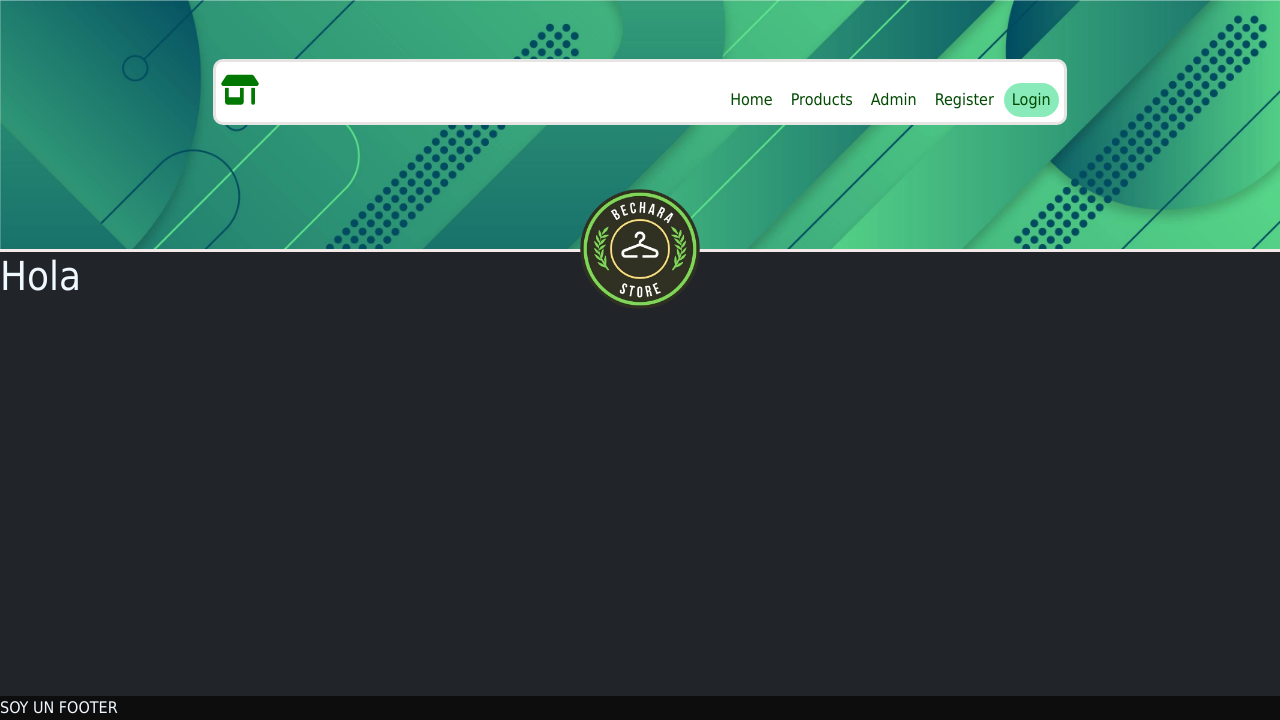
Repository: bechara611/becharastore
Page: /auth
An editor plug-in stored every save of this project. The page is shown before and after the next save, followed by the edit.
The browser window is 1280 px wide. The pictures show the whole page.
The project was rebuilt for these pictures with package versions that can differ from the ones it lists, and the page was loaded fresh each time. Also part of the build but not shown: src/Auth/components/Register.jsx.

Above is the page before, as saved 2023-01-27 15:20:32.

### public/index.html
<!DOCTYPE html>
<html lang="en">
  <head>
    <meta charset="utf-8" />
    <link rel="icon" href="%PUBLIC_URL%/favicon.ico" />
    <meta name="viewport" content="width=device-width, initial-scale=1" />
    <meta name="theme-color" content="#000000" />
    <meta
      name="description"
      content="Web site created using create-react-app"
    />
    <link rel="apple-touch-icon" href="%PUBLIC_URL%/logo192.png" />
    <link rel="preconnect" href="https://fonts.googleapis.com">
    <link rel="stylesheet" href="https://cdnjs.cloudflare.com/ajax/libs/font-awesome/6.2.1/css/all.min.css" integrity="sha512-MV7K8+y+gLIBoVD59lQIYicR65iaqukzvf/nwasF0nqhPay5w/9lJmVM2hMDcnK1OnMGCdVK+iQrJ7lzPJQd1w==" crossorigin="anonymous" referrerpolicy="no-referrer" />
<link rel="preconnect" href="https://fonts.gstatic.com" crossorigin>
<link rel="preconnect" href="https://fonts.googleapis.com">
<link rel="preconnect" href="https://fonts.gstatic.com" crossorigin>
<link href="https://fonts.googleapis.com/css2?family=Montserrat:ital,wght@0,100;0,200;0,300;0,400;0,500;0,600;0,700;0,800;0,900;1,100;1,200;1,300;1,500;1,700;1,800;1,900&family=Shadows+Into+Light&display=swap" rel="stylesheet">
    <!--
      manifest.json provides metadata used when your web app is installed on a
      user's mobile device or desktop. See https://developers.google.com/web/fundamentals/web-app-manifest/
    -->
    <link rel="manifest" href="%PUBLIC_URL%/manifest.json" />
    <!--
      Notice the use of %PUBLIC_URL% in the tags above.
      It will be replaced with the URL of the `public` folder during the build.
      Only files inside the `public` folder can be referenced from the HTML.

      Unlike "/favicon.ico" or "favicon.ico", "%PUBLIC_URL%/favicon.ico" will
      work correctly both with client-side routing and a non-root public URL.
      Learn how to configure a non-root public URL by running `npm run build`.
    -->

<link href="https://cdn.jsdelivr.net/npm/bootstrap@5.2.3/dist/css/bootstrap.min.css" rel="stylesheet" >


  </head>
  <body>
    <noscript>You need to enable JavaScript to run this app.</noscript>
    <div id="root"></div>
    <!--
      This HTML file is a template.
      If you open it directly in the browser, you will see an empty page.

      You can add webfonts, meta tags, or analytics to this file.
      The build step will place the bundled scripts into the <body> tag.

      To begin the development, run `npm start` or `yarn start`.
      To create a production bundle, use `npm run build` or `yarn build`.
    -->
    <script src="https://cdn.jsdelivr.net/npm/bootstrap@5.2.3/dist/js/bootstrap.bundle.min.js" integrity="sha384-kenU1KFdBIe4zVF0s0G1M5b4hcpxyD9F7jL+jjXkk+Q2h455rYXK/7HAuoJl+0I4" crossorigin="anonymous"></script>
  </body>

</html>

### src/index.js
import React from 'react';
import ReactDOM from 'react-dom/client';
import './index.css';
import {App} from './App';
import { BrowserRouter } from 'react-router-dom';
import 'animate.css';

const root = ReactDOM.createRoot(document.getElementById('root'));
root.render(
    <BrowserRouter>
    <App />
    </BrowserRouter>
);

### src/index.css

:root {
    --verde1: rgb(2, 74, 2);
    --verde2:rgb(1, 120, 1);
    --verde3:rgb(23, 215, 119,.5);
  }


*{
    color: aliceblue;
    /* font-family: 'Montserrat', sans-serif; */
    font-family: 'Droid Sans', Tahoma, Geneva, Verdana, sans-serif;

}

.fondito{
    background: red;
}
.fondito2{
    background: purple;
}

### src/App.jsx
import React from 'react'
import { Caparazon } from './UI/Components/Caparazon'
import { ContenedorPrincipal } from './UI/Components/ContenedorPrincipal'
import { Header } from './UI/Components/Header'
import { Footer } from './UI/Components/Footer'
import { MainCuerpo } from './UI/Components/MainCuerpo'
export const App = () => {
  return (
    <>
      {/*Primero el caparazon de la pagina, que es un div que tiene un 100vh de altura, el cual en el obtiene a sus children:
    esto children son el Header ocupando el 30vh y el Contenedor Principal ocupando el 70vh restante.
  */}
      <Caparazon>
        <Header></Header>
        <ContenedorPrincipal> {/*El contenedor principal a su vez lleva sus hijos dos elementos, el footer que le pusimos absolute para ubicarlo de ultimo y el MainCuerpo que tienes las rutas */}
          <MainCuerpo></MainCuerpo>{/*Este MainCuerpo tiene las rutas de la aplicacion, es el main de la pagina y lo que va a cambiar dependiendo donde estemos */}


          <Footer></Footer>  {/*Este es el footer que utilizamos para el pie de pagina, tiene posicion absolute como dije anteriormnete */}
        </ContenedorPrincipal>


      </Caparazon>
    </>

  )
}

### src/UI/Components/Caparazon.jsx
import React from 'react'
import './Caparazon.css'
export const Caparazon = ({ children }) => {
    return (
        <>
{/*Caparazon princiapal donde el mismo tiene un flex en colum, adentro tiene sus hijos que son un div que
ocupe el 70vh donde eesta todo lo demas y el 30vh primero es del header */}
            <div className='caparazonPrincipal bg-dark'>

                {children}

            </div>
        </>
    )
}

### src/UI/Components/ContenedorPrincipal.jsx
import React from 'react'
import './ContenedorPrincipal.css'
export const ContenedorPrincipal = ({ children }) => {
  return (
    <div className='ContenedorPrincipal'>
    {/*Aca de hijos tendran las rutas para verse en el medio y el footer, este tiene un position relative para que su hijo footer pueda
  ubicarse en la parte de abajo */}
      {children}
    </div>
  )
}

### src/UI/Components/Header.jsx
import React from 'react'
import './Header.css'
import { MenuNavbar } from './MenuNavbar'
import brand from './../../img/brand2.png'


export const Header = () => {
  return (
    <>
      {/*El header ocupa el 30vh de la pagina, el primer div lo tiene, aca se incorpora el nav y el logo. */}
      <div className="header">
        <div className="col-12">


          <MenuNavbar></MenuNavbar>
          <div className="row">
            <div className="col-12 filaLogoHeader">
              <img src={brand} className='brand animate__animated animate__flip' id='brand' alt="brand" />

            </div>
          </div>

        </div>

      </div>



    </>
  )
}

### src/UI/Components/Footer.jsx
import React from 'react'
import './Footer.css'
export const Footer = () => {
  return (
    <>
    {/*Aca este footer le estamos colocando una posicion absolute y a su padre relativa para poder ubicarlo al final de su div padre */}
    <div className="footer col-12">SOY UN FOOTER</div>
    </>

  )
}

### src/UI/Components/MainCuerpo.jsx
import React from 'react'
import { RouterApp } from '../../router/Routes'
import './MainCuerpo.css'

export const MainCuerpo = () => {

  return (
    <>
    {/*Aca se guardan las rutas como tal de la aplicacion y es llamado adentro de contenedorPrincipal */}
    <RouterApp></RouterApp>
    </>
    )
}

### src/UI/Components/Caparazon.css
/*Estilos del caparazon como tal principal*/
    /*Aca colocamos que el caparazonPrincipal ocupa toda la pantalla, y una direccion en column para que el header sea de 30vh y el resto el otro div  */
.caparazonPrincipal{
    display: flex;
    flex-direction: column;
    justify-content: space-between;
    min-height: 100vh;

}

### src/UI/Components/ContenedorPrincipal.css
/*Aca al contenedor ponemos positionRelative para que el footer pueda tener una posicion absoluta y se pueda posicionar al final*/
.ContenedorPrincipal{
    min-height: 65vh;

    position: relative;
}

### src/UI/Components/Header.css
.header {
    display: flex;
    background: rgb(157, 240, 194) url("./../../img/Header2.jpg");
    background-color: rgb(18, 18, 18);
    background-repeat: no-repeat;
    background-attachment: fixed;
    background-size: cover;
    background-position: top center;
    min-height: 30%;
    height: 35vh;
    max-height: 35vh;
    width: 100%;
    min-width: 100%;
    position: relative;
    border-bottom: 3px solid rgb(244, 233, 233);
}

/*Aca estoy posicion en el medio el logo como tal del header y luego abajo le pongo una posicion absolute para moverlo*/
.filaLogoHeader {
    display: flex;
    flex-direction: row;
    justify-content: center;

}

.brand {
    width: 150px;
    height: 150px;
    max-height: 150px;
    max-width: 150px;
    min-height: 150px;
    position: absolute;
    bottom: -30%;
  z-index: 1000;

}

/*?RESPONSIVE*/


@media(max-width:500px){

    .brand {
        width: 120px;
        height:120px;
        max-height: 120px;
        max-width: 120px;
        min-height: 120px;
        position: absolute;
        bottom: 0%;

    }
}

### src/UI/Components/MenuNavbar.jsx
import React from 'react'
import { NavLink } from 'react-router-dom';
import { Animacionlogo } from '../helper/AnimacionAlLogo';
import './MenuNavbar.css'

export const MenuNavbar = () => {
    return (
        <>
            {/**Aca va el navBar de la aplicacion que tendra el menu */}
            <div className="col-12 contenedor-nav">
                <nav className="navbar navbar-expand-md  menunav col-8 ">


                  <NavLink to={'/'}> <i className="fa-solid fa-shop marca"></i></NavLink>


                    <button
                        className="navbar-toggler"
                        type="button"
                        data-bs-toggle="collapse"
                        data-bs-target="#navbarNavAltMarkup"
                        aria-controls="navbarNavAltMarkup"
                        aria-expanded="false"
                        aria-label="Show / Hide Menu"
                    >
                        <span className="navbar-toggler-icon"></span>
                    </button>
                    <div className="collapse navbar-collapse mt-3" id="navbarNavAltMarkup">
                        <div className="navbar-nav col-12  contenedor-interno-nav">
                            <NavLink className={ ({isActive}) => `nav-item nav-link  ${ isActive ? 'activeLink':'' }` } to={'/'} onClick={()=>Animacionlogo()}>
                            Home</NavLink>

                            <NavLink className={ ({isActive}) => `nav-item nav-link  ${ isActive ? 'activeLink':'' }` } to={'/Products'} onClick={()=>Animacionlogo()}>Products</NavLink>
                            <NavLink className={ ({isActive}) => `nav-item nav-link  ${ isActive ? 'activeLink':'' }` } to={'/admin'} onClick={()=>Animacionlogo()}>Admin</NavLink>
                            <NavLink className={ ({isActive}) => `nav-item nav-link  ${ isActive ? 'activeLink':'' }` } to={'/Register'} onClick={()=>Animacionlogo()}>Register</NavLink>
                            <NavLink className={ ({isActive}) => `nav-item nav-link   ${ isActive ? 'activeLink':'' }` } to={'/auth'} onClick={()=>Animacionlogo()}>Login</NavLink>
                            </div>
                    </div>
                </nav>
            </div>
        </>
    )
}

### src/UI/Components/Footer.css
.footer{
    background: rgb(13, 13, 14);
    position: absolute;
    bottom: 0%;

}

### src/router/Routes.jsx
import React from 'react'
import { Navigate, Route, Routes } from 'react-router-dom'
import { Login } from '../Auth/components/Login'
import { Register } from '../Auth/components/Register'

/*Este componente es nuestro router, que segun la URL donde estemos mostrada:
1) Una pagina Home
2) Pagina de registro
3) Pagina de login
4) Pagina de Productos
*/

export const RouterApp = () => {
  return (
    <Routes>
    <Route path='/' element={<h1>Home</h1>}></Route>
    <Route path='/auth' element={<Login></Login>}></Route>
    <Route path='/Register' element={<Register></Register>}></Route>
    <Route path='/Products' element={<h1>Productos</h1>}></Route>
    <Route path='/admin' element={<h1>Admin</h1>}></Route>
    <Route path='/*' element={<Navigate to={'/'}></Navigate>}></Route>
    </Routes>
  )
}

### src/UI/helper/AnimacionAlLogo.js
export const Animacionlogo=()=>{
    const elemento= document.getElementById('brand');
    elemento.classList.remove('animate__flip')

    setTimeout(() => {
     elemento.classList.add('animate__flip')
    }, 200);
    return true;
}

### src/UI/Components/MenuNavbar.css
.contenedor-nav {
    position: fixed;
    display: flex;
    flex-direction: row;
    justify-content: center;
    align-self: center;
    align-items: center;
    position: absolute;
    bottom: 50%;
    z-index: 2;

}
.marca{
 font-size: 30px;
 color: black;
 color: var(--verde2);
 padding-right: 10px;

}

.menunav {
    background: rgba(255, 255, 255, 1);
    border-radius: 10px;
    padding: 5px;
    border: 3px solid rgba(205, 204, 200, 0.5);
    flex-wrap: wrap;
    display: flex;

}

/*Esta parte es el contenedor que tiene el navbar de los navLink es decir, menu como tal.
Estoy diciendo que normalmente estaran a la derecha.
*/
.contenedor-interno-nav {
    display: flex;
    flex-direction: row;
    justify-content: flex-end;
    flex-wrap: wrap;

}
/*Diseno a los links como tal*/
.nav-link{
    margin-left: 2px;
    color: var(--verde1);
    font-weight: 400;
    background: rgb(44, 232, 138,0);
    border-radius: 30px;
    padding: 5px;

}
.nav-link:hover{
   color: var(--verde2)

}
.activeLink{  background: var(--verde3);
    border-radius: 30px;}

/**-----------------------------------------------------------------------------*/

/*?RESPONSIVE*/

/*Para este apartado cuando llegue a cierto tamaño como tal el nav se pondra mas abajo para que al darle al boton se abra y se pueda apreciar y no quede muy arriba*/
@media(max-width:500px) {
    .contenedor-nav {
       position: sticky;

    }
    /*Aca haces que el navBar tenga todo el tamaño al llegar a dispositivos pequeños*/
    .menunav {
        width: 100%;

    }
}

/*SERIE DE RESPONSIVES A LOS PADDING DE LAS OPCIONES DEL MENU*/

@media(max-width:375px){
    .nav-link{
        margin-left: 5px;
    }
}

@media(max-width:262px){
    .nav-link{
        margin-left: 10px;
    }
    .menunav{
        justify-content: center;
        text-align: center;
        align-items: center;
        align-self: center;
    }
}

/*Necesidad de que el nav el menu se pongan o separados o uno debajo del otro cuando se active el boton del collapse*/
@media(max-width:992px) {
    .contenedor-interno-nav {
        justify-content: space-around;
    }
}

### src/Auth/components/Login.jsx
import React from 'react'
import './Login.css'
export const Login = () => {
  return (
    <>
    <div className="contenedor-login col-12">
    <div className="col-6">
    <h1>Hola</h1>

    </div>

    </div>
    </>
  )
}

### src/Auth/components/Login.css
.contenedor-login{
    height: 65vh;
        display: flex;


}

Loaded but not shown: src/UI/Components/MainCuerpo.css (no stored copy; drawn as an empty file)

After the next save:
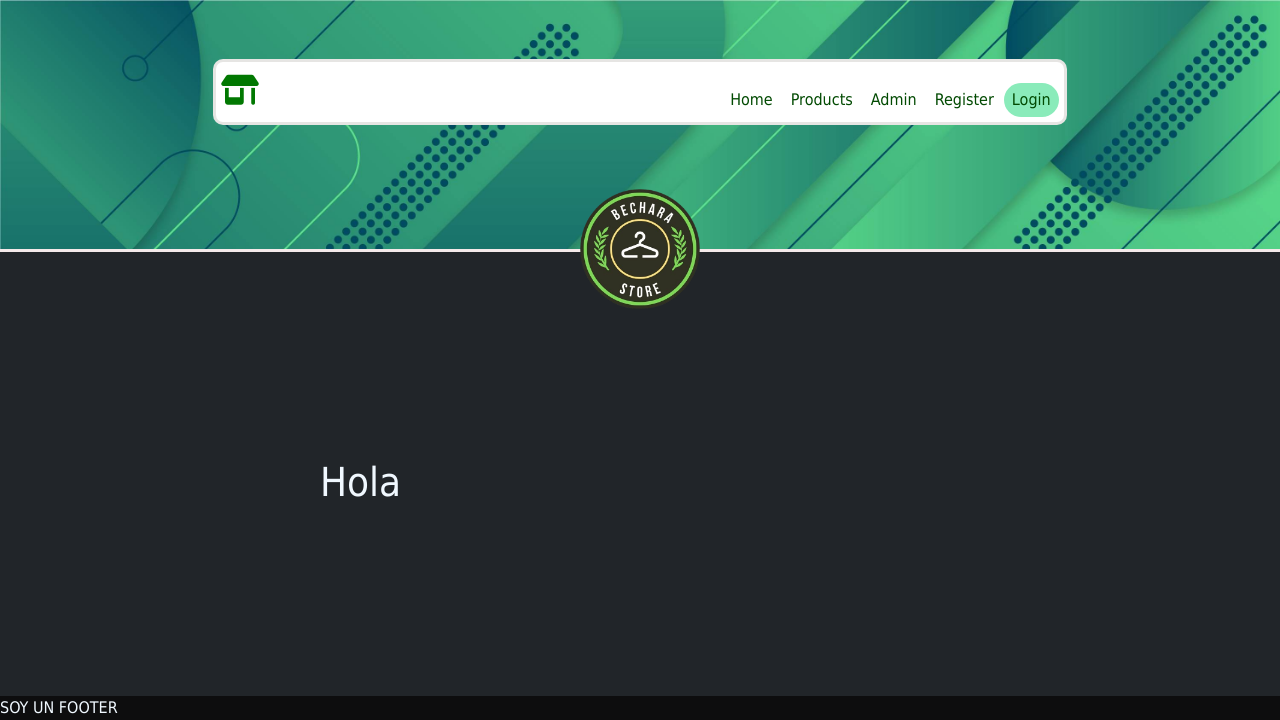
Saved 17 s later.
--- a/src/Auth/components/Login.css
+++ b/src/Auth/components/Login.css
@@ -1,6 +1,8 @@
 .contenedor-login{
     height: 65vh;
         display: flex;
-
+        flex-direction: row;
+        justify-content: center;
+        align-items: center;
 
 }
